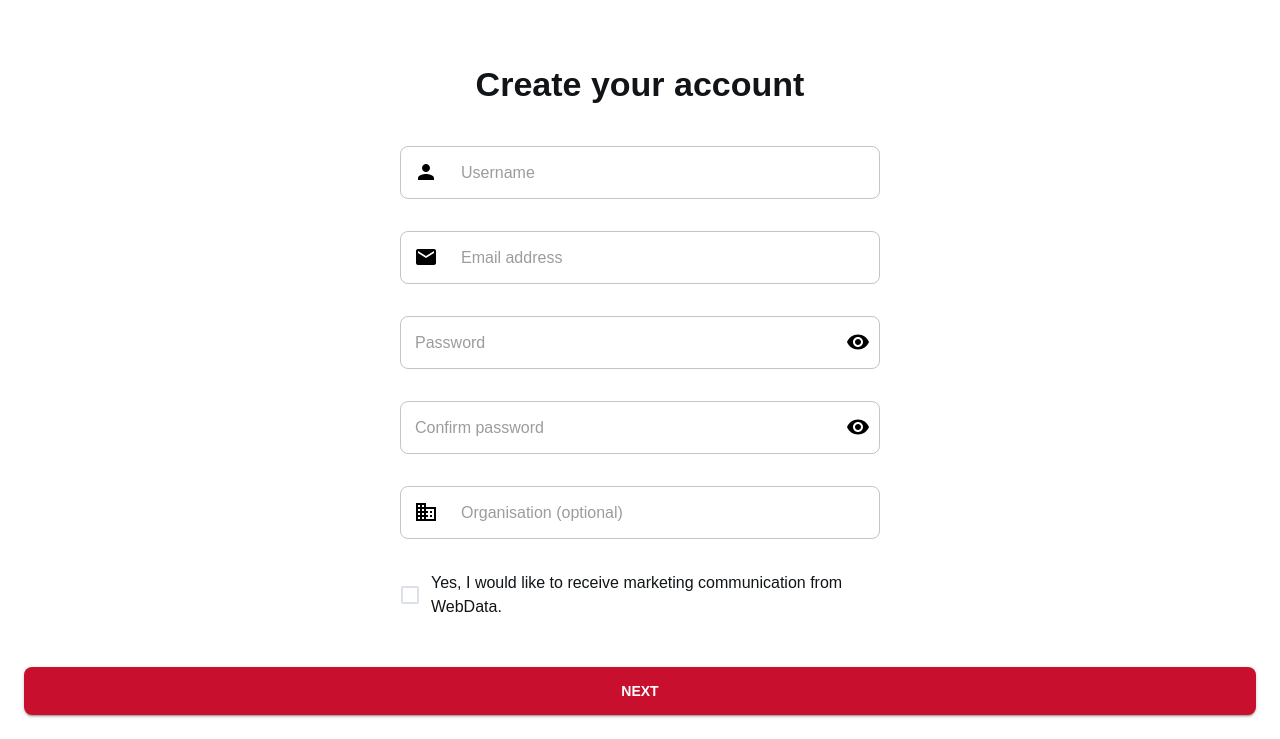
Repository: Pascal-Ahmadu/Tender-download-system
Page: /register (app in frontend/)
An editor plug-in stored every save of this project. The page is shown before and after the next save, followed by the edit.
The browser window is 1280 px wide. The pictures show the whole page.
The page's requests for data from a server got no answer. Some web fonts or font styles are not loaded; a fallback is used. The project was rebuilt for these pictures with package versions that can differ from the ones it lists, and the page was loaded fresh each time. No one was signed in, and anything a server would have sent is missing. Also part of the build but not shown: frontend/vite.config.js, frontend/src/components/pages/LoginPage.jsx.

Above is the page before, as saved 2024-07-31 08:34:01.

### frontend/index.html
<!DOCTYPE html>
<html lang="en">
  <head>
    <meta charset="UTF-8" />
    <link rel="icon" type="image/svg+xml" href="/vite.svg" />
    <link
      href="https://fonts.googleapis.com/css2?family=Bento:wght@400;700&display=swap"
      rel="stylesheet"
    />

    <meta name="viewport" content="width=device-width, initial-scale=1.0" />
    <title>Vite + React</title>
  </head>
  <body>
    <div id="root"></div>
    <script type="module" src="/src/main.jsx"></script>
  </body>
</html>

### frontend/src/main.jsx
import React from "react";
import ReactDOM from "react-dom/client";
import App from "./App.jsx";
import "./index.css";
import { AuthProvider } from "./components/contexts/AuthContext.jsx";

ReactDOM.createRoot(document.getElementById("root")).render(
  <React.StrictMode>
    <AuthProvider>
      <App />
    </AuthProvider>
  </React.StrictMode>
);

### frontend/src/App.jsx
import React from "react";
import { BrowserRouter as Router, Routes, Route } from "react-router-dom";
import LoginPage from "./components/pages/LoginPage";
import RegistrationForm from "./components/pages/RegistrationPage";
import { createTheme, ThemeProvider } from "@mui/material/styles";

// Create a theme instance
const theme = createTheme({
  typography: {
    fontFamily: "Bento, sans-serif",
  },
});

const app = () => {
  return (
    <ThemeProvider theme={theme}>
      <Router>
        <Routes>
          <Route path="/" element={<LoginPage />} />
          <Route path="/register" element={<RegistrationForm />} />
        </Routes>
      </Router>
    </ThemeProvider>
  );
};

export default app;

### frontend/src/index.css
:root {
  font-family: "Bento", sans-serif;

  line-height: 1.5;
  font-weight: 400;

  color-scheme: white;
  color: rgba(255, 255, 255, 0.87);
  background-color: white;

  font-synthesis: none;
  text-rendering: optimizeLegibility;
  -webkit-font-smoothing: antialiased;
  -moz-osx-font-smoothing: grayscale;
}

body {
  font-family: "Merriweather", serif;
}

a {
  font-weight: 500;
  color: #646cff;
  text-decoration: inherit;
}
a:hover {
  color: #535bf2;
}

h1 {
  font-size: 3.2em;
  line-height: 1.1;
}

button {
  border-radius: 8px;
  border: 1px solid transparent;
  padding: 0.6em 1.2em;
  font-size: 1em;
  font-weight: 500;
  font-family: inherit;
  background-color: #1a1a1a;
  cursor: pointer;
  transition: border-color 0.25s;
}
button:hover {
  border-color: #646cff;
}
button:focus,
button:focus-visible {
  outline: 4px auto -webkit-focus-ring-color;
}

@media (prefers-color-scheme: light) {
  :root {
    color: #213547;
    background-color: #ffffff;
  }
  a:hover {
    color: #747bff;
  }
  button {
    background-color: #f9f9f9;
  }
}

### frontend/src/components/contexts/AuthContext.jsx
import React, { createContext, useState, useEffect, useContext } from "react";
import axios from "axios";

const API_BASE_URL = "http://localhost:5000";

axios.defaults.baseURL = API_BASE_URL;

const AuthContext = createContext();

const AuthProvider = ({ children }) => {
  const [user, setUser] = useState(null);

  // Fetch user on app load
  useEffect(() => {
    const fetchUser = async () => {
      try {
        const res = await axios.get("/api/auth/current", {
          withCredentials: true,
        });
        setUser(res.data.user);
      } catch (err) {
        console.error(err.response ? err.response.data.msg : err.message);
      }
    };

    fetchUser();
  }, []);

  const register = async (email, password) => {
    try {
      await axios.post(
        "/api/auth/register",
        { email, password },
        { withCredentials: true }
      );
      // Optionally fetch user data if needed
    } catch (err) {
      throw new Error(err.response ? err.response.data.msg : err.message);
    }
  };

  const login = async (email, password) => {
    try {
      await axios.post(
        "/api/auth/login",
        { email, password },
        { withCredentials: true }
      );
      const res = await axios.get("/api/auth/current", {
        withCredentials: true,
      });
      setUser(res.data.user);
    } catch (err) {
      throw new Error(err.response ? err.response.data.msg : err.message);
    }
  };

  const logout = async () => {
    try {
      await axios.post("/api/auth/logout", {}, { withCredentials: true });
      setUser(null);
    } catch (err) {
      console.error(err.response ? err.response.data.msg : err.message);
    }
  };

  return (
    <AuthContext.Provider value={{ user, register, login, logout }}>
      {children}
    </AuthContext.Provider>
  );
};

// Custom hook to use the AuthContext
const useAuth = () => {
  const context = useContext(AuthContext);
  if (context === undefined) {
    throw new Error("useAuth must be used within an AuthProvider");
  }
  return context;
};

export { AuthProvider, useAuth };

### frontend/src/components/pages/RegistrationPage.jsx
import React, { useState, useEffect } from "react";
import {
  TextField,
  Button,
  Box,
  Typography,
  Checkbox,
  FormControlLabel,
  InputAdornment,
  IconButton,
  LinearProgress,
  FormHelperText,
} from "@mui/material";
import {
  Visibility,
  VisibilityOff,
  Person,
  Email,
  Business,
} from "@mui/icons-material";

function SignupForm() {
  const [showPassword, setShowPassword] = useState(false);
  const [password, setPassword] = useState("");
  const [confirmPassword, setConfirmPassword] = useState("");
  const [passwordStrength, setPasswordStrength] = useState(0);
  const [passwordEntered, setPasswordEntered] = useState(false);
  const [passwordValid, setPasswordValid] = useState({
    length: false,
    uppercase: false,
    lowercase: false,
    symbol: false,
  });
  const [showRequirements, setShowRequirements] = useState(false);
  const [typingTimeout, setTypingTimeout] = useState(null);

  const handleClickShowPassword = () => setShowPassword(!showPassword);

  const handlePasswordChange = (event) => {
    const password = event.target.value;
    setPassword(password);
    setPasswordEntered(true);
    setShowRequirements(true);

    // Check password validity
    const lengthValid = password.length >= 8 && password.length <= 16;
    const uppercaseValid = /[A-Z]/.test(password);
    const lowercaseValid = /[a-z]/.test(password);
    const symbolValid = /[!@#$%^&*(),.?":{}|<>]/.test(password);

    setPasswordValid({
      length: lengthValid,
      uppercase: uppercaseValid,
      lowercase: lowercaseValid,
      symbol: symbolValid,
    });

    // Calculate strength
    setPasswordStrength(
      (lengthValid + uppercaseValid + lowercaseValid + symbolValid) * 25
    );

    // Clear previous timeout
    if (typingTimeout) clearTimeout(typingTimeout);

    // Set a new timeout
    setTypingTimeout(
      setTimeout(() => {
        setShowRequirements(false);
      }, 2000)
    ); // Hide after 2 seconds of inactivity
  };

  const handleConfirmPasswordChange = (event) => {
    setConfirmPassword(event.target.value);
  };

  const getStrengthColor = () => {
    if (passwordStrength <= 33) return "#f44336"; // Red for weak
    if (passwordStrength <= 66) return "#ff9800"; // Orange for medium
    return "#4caf50"; // Green for strong
  };

  const passwordsMatch = password === confirmPassword;

  useEffect(() => {
    // Cleanup on component unmount
    return () => {
      if (typingTimeout) clearTimeout(typingTimeout);
    };
  }, [typingTimeout]);

  return (
    <Box
      sx={{
        display: "flex",
        flexDirection: "column",
        minHeight: "100vh",
        backgroundColor: "white",
        overflow: "hidden",
      }}
    >
      <Box
        sx={{
          display: "flex",
          flexDirection: "column",
          flex: 1,
          justifyContent: "center",
          alignItems: "center",
          px: 2,
          py: 4,
        }}
      >
        <Box
          sx={{
            display: "flex",
            flexDirection: "column",
            width: "100%",
            maxWidth: "480px",
            boxSizing: "border-box",
          }}
        >
          <Typography
            variant="h4"
            sx={{
              fontWeight: "bold",
              textAlign: "center",
              color: "#111518",
              py: 3,
            }}
          >
            Create your account
          </Typography>
          <TextField
            placeholder="Username"
            fullWidth
            margin="normal"
            InputProps={{
              startAdornment: (
                <InputAdornment position="start">
                  <Person sx={{ color: "black" }} />
                </InputAdornment>
              ),
            }}
            sx={{
              "& .MuiOutlinedInput-root": {
                borderRadius: 2,
                borderColor: "#dbe1e6",
              },
              "& .MuiInputBase-input": {
                color: "#111518",
                p: "15px",
                fontSize: "1rem",
              },
              mb: 2,
            }}
          />
          <TextField
            placeholder="Email address"
            fullWidth
            margin="normal"
            InputProps={{
              startAdornment: (
                <InputAdornment position="start">
                  <Email sx={{ color: "black" }} />
                </InputAdornment>
              ),
            }}
            sx={{
              "& .MuiOutlinedInput-root": {
                borderRadius: 2,
                borderColor: "#dbe1e6",
              },
              "& .MuiInputBase-input": {
                color: "#111518",
                p: "15px",
                fontSize: "1rem",
              },
              mb: 2,
            }}
          />
          <TextField
            placeholder="Password"
            fullWidth
            type={showPassword ? "text" : "password"}
            onChange={handlePasswordChange}
            onFocus={() => setPasswordEntered(true)}
            margin="normal"
            InputProps={{
              endAdornment: (
                <InputAdornment position="end">
                  <IconButton onClick={handleClickShowPassword} edge="end">
                    {showPassword ? (
                      <VisibilityOff sx={{ color: "black" }} />
                    ) : (
                      <Visibility sx={{ color: "black" }} />
                    )}
                  </IconButton>
                </InputAdornment>
              ),
            }}
            sx={{
              "& .MuiOutlinedInput-root": {
                borderRadius: 2,
                borderColor: "#dbe1e6",
              },
              "& .MuiInputBase-input": {
                color: "#111518",
                p: "15px",
                fontSize: "1rem",
              },
              mb: 2,
            }}
          />
          {passwordEntered && showRequirements && (
            <Box sx={{ mb: 2 }}>
              <Typography variant="body2" sx={{ color: "#60778a", py: 1 }}>
                Password strength
              </Typography>
              <LinearProgress
                variant="determinate"
                value={passwordStrength}
                sx={{
                  height: 8,
                  borderRadius: 2,
                  backgroundColor: "#e0e0e0",
                  "& .MuiLinearProgress-bar": {
                    borderRadius: 2,
                    backgroundColor: getStrengthColor(),
                  },
                }}
              />
              <FormHelperText
                sx={{
                  color: "#60778a",
                  pt: 1,
                }}
              >
                <ul>
                  <li
                    style={{
                      color: passwordValid.length ? "#4caf50" : "#f44336",
                    }}
                  >
                    {passwordValid.length
                      ? "✔ Length between 8 and 16 characters"
                      : "✘ Length between 8 and 16 characters"}
                  </li>
                  <li
                    style={{
                      color: passwordValid.uppercase ? "#4caf50" : "#f44336",
                    }}
                  >
                    {passwordValid.uppercase
                      ? "✔ At least one uppercase letter"
                      : "✘ At least one uppercase letter"}
                  </li>
                  <li
                    style={{
                      color: passwordValid.lowercase ? "#4caf50" : "#f44336",
                    }}
                  >
                    {passwordValid.lowercase
                      ? "✔ At least one lowercase letter"
                      : "✘ At least one lowercase letter"}
                  </li>
                  <li
                    style={{
                      color: passwordValid.symbol ? "#4caf50" : "#f44336",
                    }}
                  >
                    {passwordValid.symbol
                      ? "✔ At least one symbol"
                      : "✘ At least one symbol"}
                  </li>
                </ul>
              </FormHelperText>
            </Box>
          )}
          <TextField
            placeholder="Confirm password"
            fullWidth
            type={showPassword ? "text" : "password"}
            onChange={handleConfirmPasswordChange}
            margin="normal"
            InputProps={{
              endAdornment: (
                <InputAdornment position="end">
                  <IconButton onClick={handleClickShowPassword} edge="end">
                    {showPassword ? (
                      <VisibilityOff sx={{ color: "black" }} />
                    ) : (
                      <Visibility sx={{ color: "black" }} />
                    )}
                  </IconButton>
                </InputAdornment>
              ),
            }}
            sx={{
              "& .MuiOutlinedInput-root": {
                borderRadius: 2,
                borderColor: "#dbe1e6",
              },
              "& .MuiInputBase-input": {
                color: "#111518",
                p: "15px",
                fontSize: "1rem",
              },
              mb: 2,
            }}
          />
          {!passwordsMatch && confirmPassword.length > 0 && (
            <FormHelperText sx={{ color: "#f44336" }}>
              Passwords do not match
            </FormHelperText>
          )}
          <TextField
            placeholder="Organisation (optional)"
            fullWidth
            margin="normal"
            InputProps={{
              startAdornment: (
                <InputAdornment position="start">
                  <Business sx={{ color: "black" }} />
                </InputAdornment>
              ),
            }}
            sx={{
              "& .MuiOutlinedInput-root": {
                borderRadius: 2,
                borderColor: "#dbe1e6",
              },
              "& .MuiInputBase-input": {
                color: "#111518",
                p: "15px",
                fontSize: "1rem",
              },
              mb: 2,
            }}
          />
          <FormControlLabel
            control={
              <Checkbox
                sx={{
                  color: "#dbe1e6",
                  "&.Mui-checked": {
                    color: "#2094f3",
                  },
                }}
              />
            }
            label="Yes, I would like to receive marketing communication from WebData."
            sx={{ color: "#111518", mt: 2 }}
          />
        </Box>
      </Box>
      <Box
        component="footer"
        sx={{
          display: "flex",
          justifyContent: "center",
          px: 2,
          py: 2,
        }}
      >
        <Button
          variant="contained"
          fullWidth // Make the button span the width of its container
          sx={{
            bgcolor: "#c8102e", // Button color
            color: "white",
            fontWeight: "bold",
            borderRadius: 2,
            py: 1.5, // Adjust vertical padding for height
            mt: 0, // Reduced margin top for spacing
            width: "100%", // Ensure button width is 100% of container width
            boxSizing: "border-box", // Ensure padding is included in width
            "&:hover": {
              bgcolor: "#a50f1d", // Slightly darker on hover
            },
          }}
        >
          Next
        </Button>
      </Box>
    </Box>
  );
}

export default SignupForm;

After the next save:
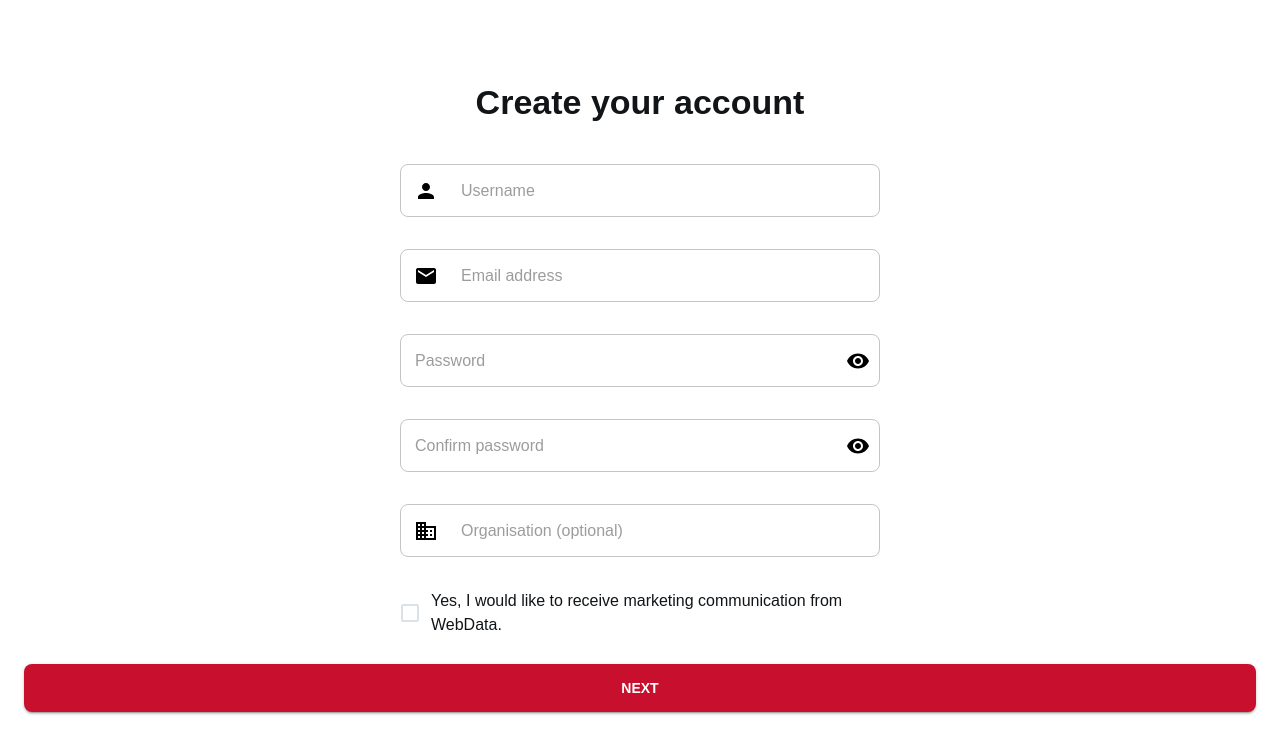
Saved 21 s later.
--- a/frontend/src/components/pages/RegistrationPage.jsx
+++ b/frontend/src/components/pages/RegistrationPage.jsx
@@ -372,7 +372,7 @@ function SignupForm() {
             fontWeight: "bold",
             borderRadius: 2,
             py: 1.5, // Adjust vertical padding for height
-            mt: 0, // Reduced margin top for spacing
+            mt: -5, // Reduced margin top for spacing
             width: "100%", // Ensure button width is 100% of container width
             boxSizing: "border-box", // Ensure padding is included in width
             "&:hover": {
